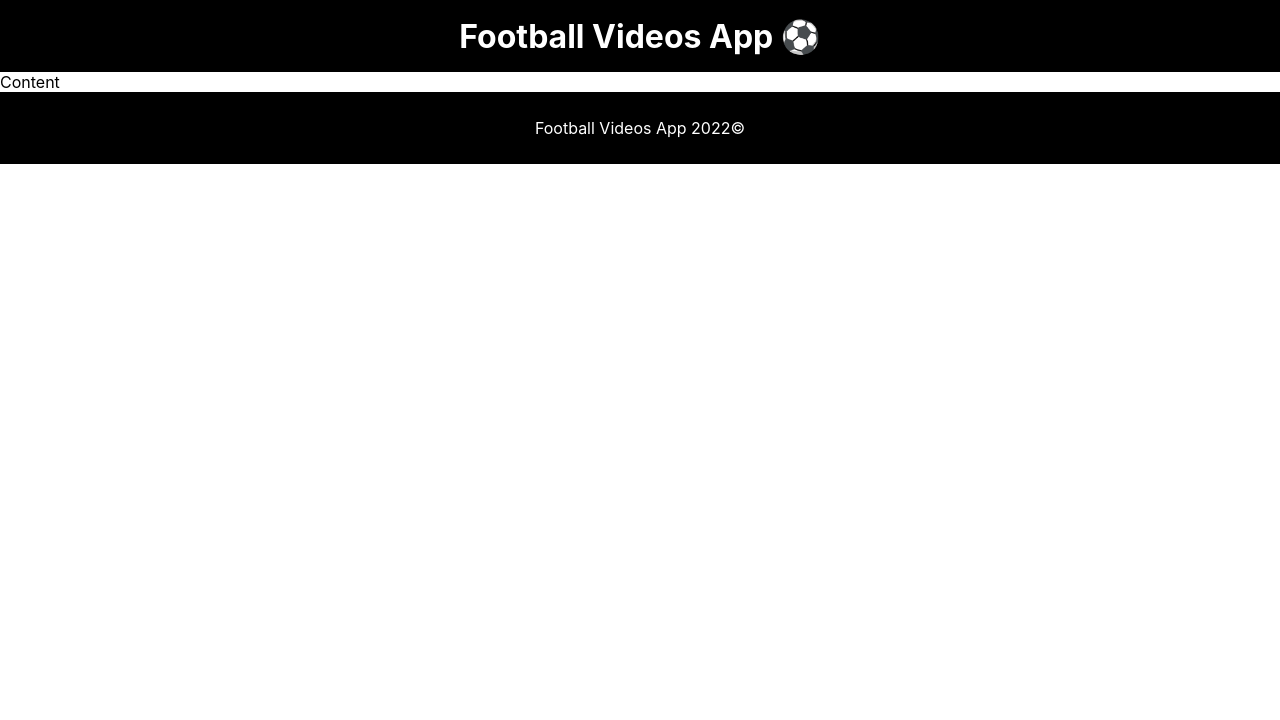
Repository: Ellisvelandia/Football-Videos-App-with-ReactJS
Page: /
An editor plug-in stored every save of this project. The page is shown before and after a run of saves, followed by the edit.
The browser window is 1280 px wide. The pictures show the whole page.
The project was rebuilt for these pictures with package versions that can differ from the ones it lists, and the page was loaded fresh each time.

Above is the page before, as saved 2022-08-25 13:54:11.

After the next 2 saves:
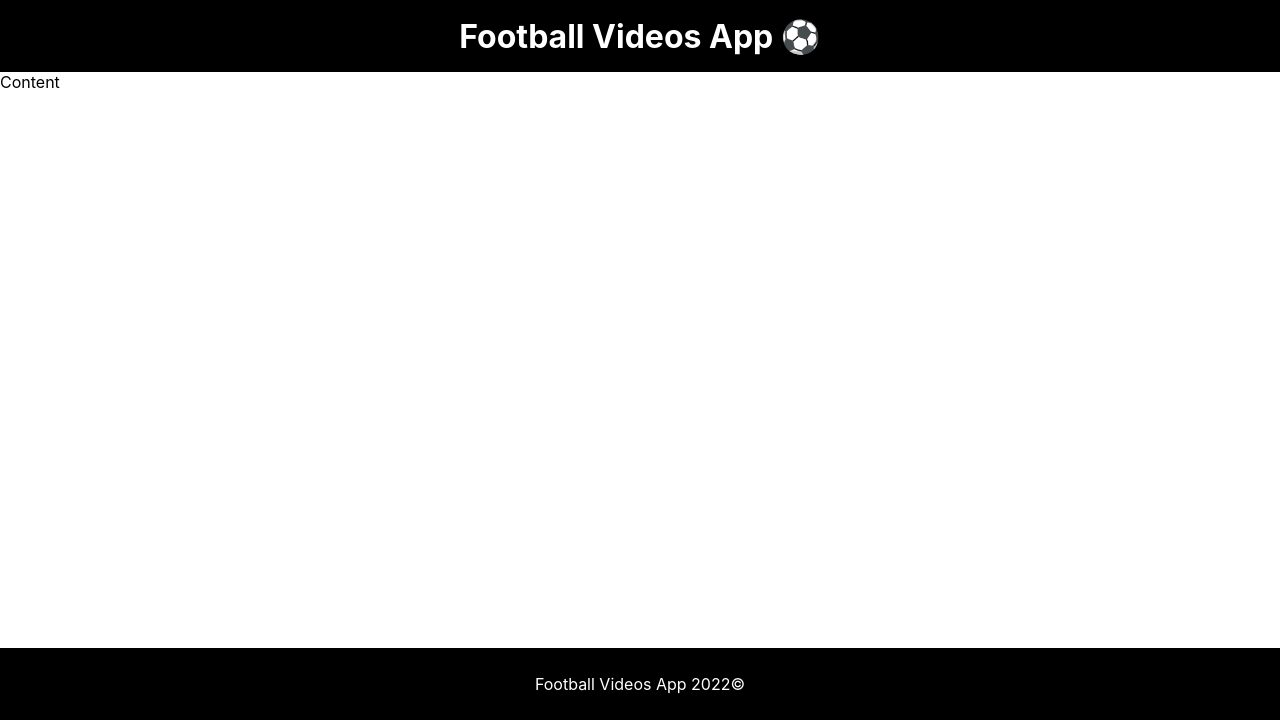
The 2 saves are shown as one change because they came seconds apart.
The last was saved 7 s later.
--- a/src/App.css
+++ b/src/App.css
@@ -33,5 +33,5 @@
 
 .content-container {
   width: 100%;
-  min
+  min-height: 80vh;
 }
